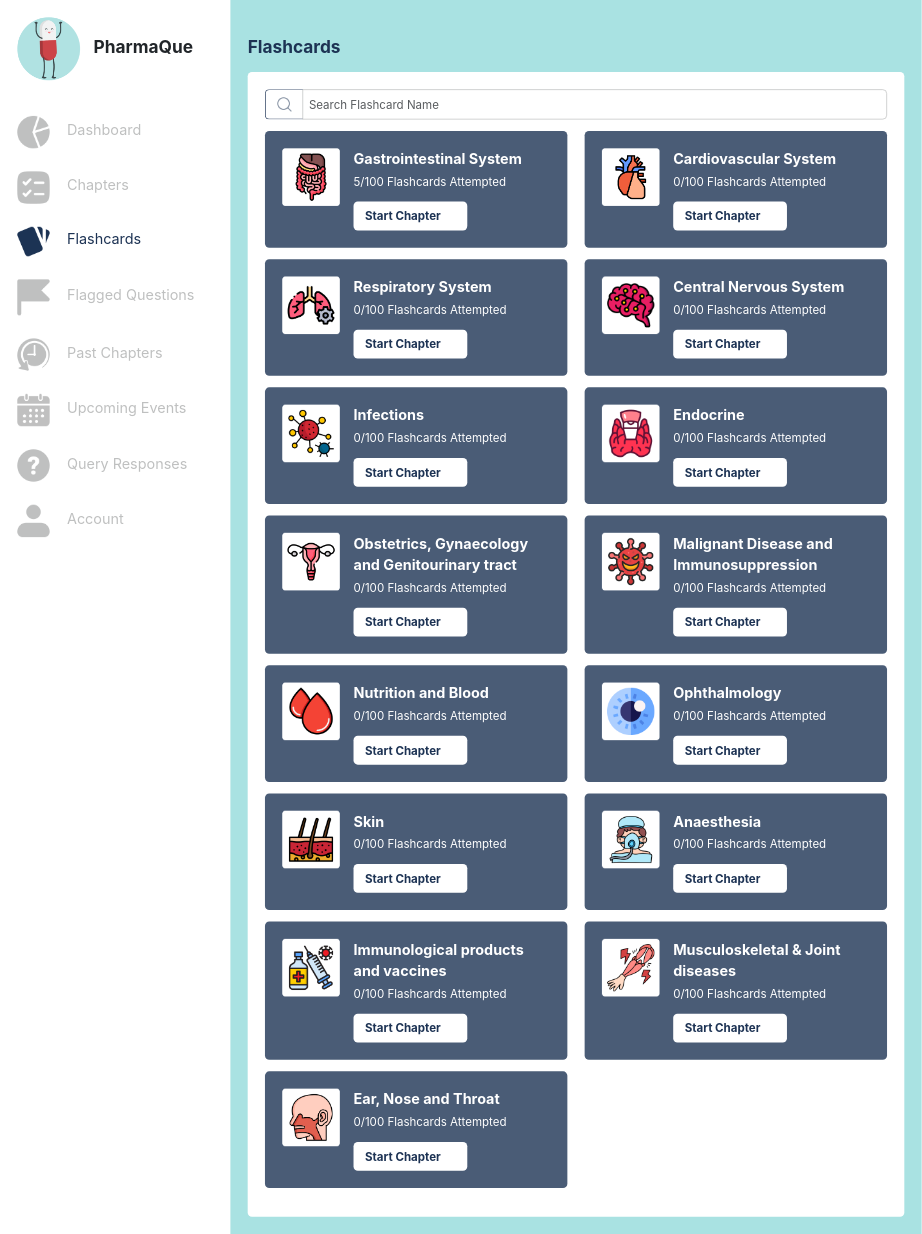
Repository: Kronium345/new_pharmaque_web_app
Page: /flashcards
The author's editor kept a copy of each file at every save. The page is drawn from the files as they stood at one save, then again after the next save.
The browser window is 1280 px wide. The pictures show the whole page, at 72% of full size.
The page's requests for data from a server got no answer. The project was rebuilt for these pictures with package versions that can differ from the ones it lists, and the page was loaded fresh each time. No one was signed in, and anything a server would have sent is missing. Also part of the build but not shown: src/pages/Login.js, src/pages/MyAccount.js, src/pages/UpcomingEvents.js, src/pages/UpcomingEvents2.js, src/pages/Chapters.js, src/pages/Dashboard.js, src/pages/FlaggedQuestions.js, src/pages/FlashcardQuestion.js and 34 more.

Above is the page before, as saved 2024-03-10 22:53:39.

After the next save:
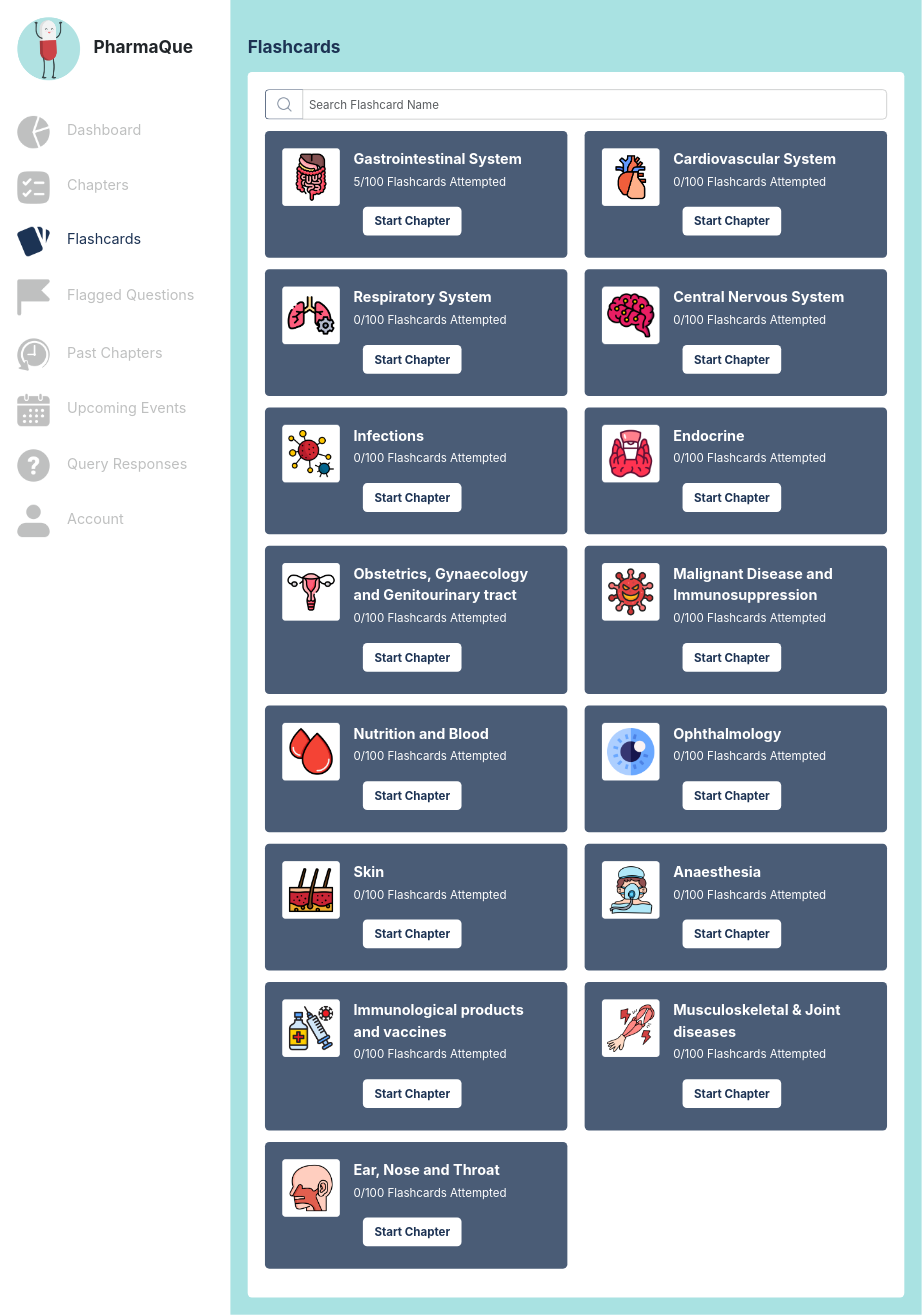
Saved 16 s later.
--- a/src/pages/Flashcards.js
+++ b/src/pages/Flashcards.js
@@ -150,14 +150,14 @@ const Flashcards = () => {
                                   {chapter.questionsAttempted}
                                 </p>
 
-                                <Link
+                                <button
                                   to={chapter.link}
-                                  class="removeunderline boldtext navybluetext fw-bold"
+                                  class="btn removeunderline boldtext navybluetext fw-bold"
                                 >
                                   <div class="px-3 py-2 whitebg pseudobutton">
                                     Start Chapter
                                   </div>
-                                </Link>
+                                </button>
                               </div>
                             </div>
                           </div>
